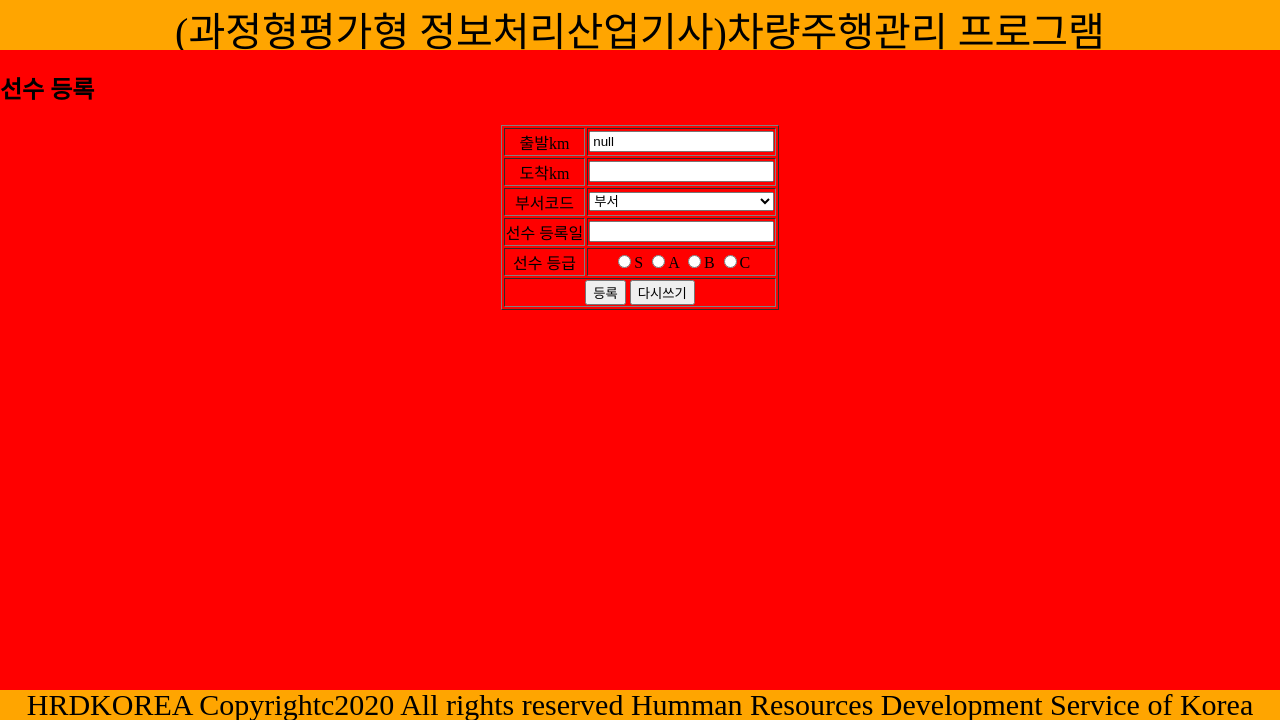
Repository: jeajune0221/information
Page: http://localhost/HRD_2411/join.jsp
An editor plug-in stored every save of this project. The page is shown before and after the next save, followed by the edit.
The browser window is 1280 px wide. The pictures show the whole page.
The page is served by Tomcat 9. Queries for data that is not in the repository find no rows.

Above is the page before, as saved 2026-04-13 08:27:59.

After the next save:
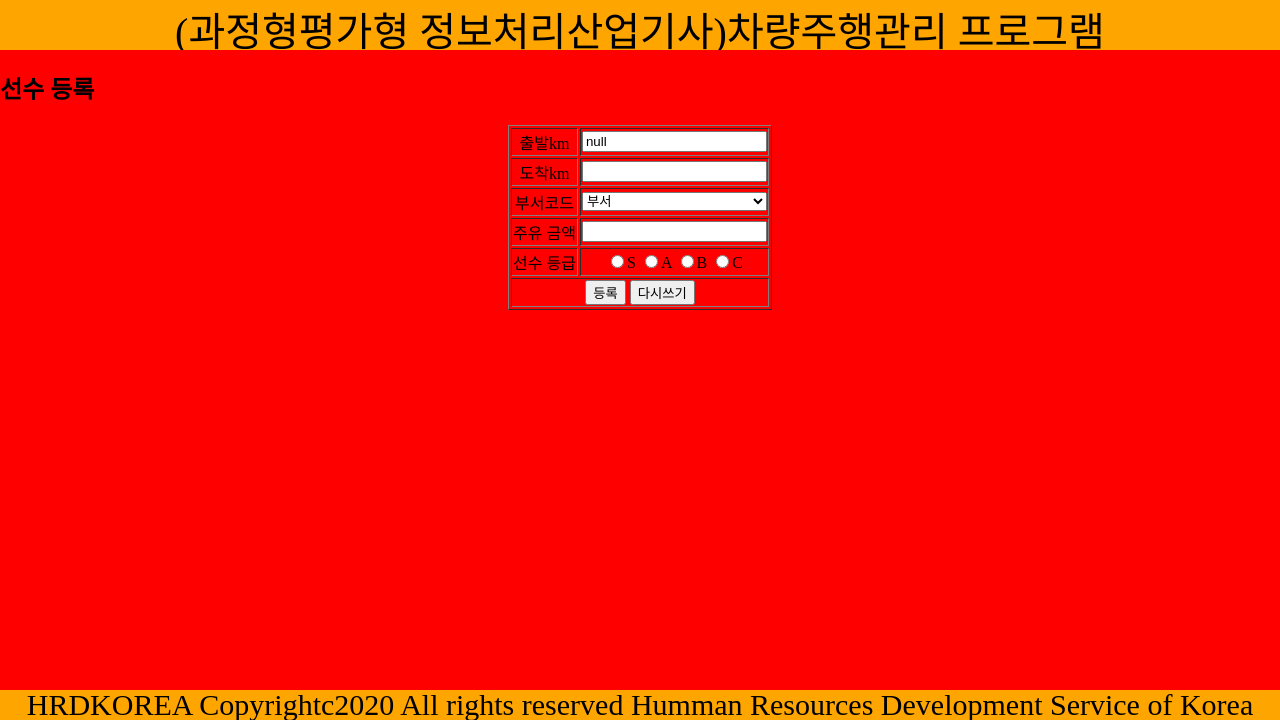
Saved 2 min 19 s later.
--- a/HRD_2411/src/main/webapp/join.jsp
+++ b/HRD_2411/src/main/webapp/join.jsp
@@ -54,7 +54,7 @@
 </td>
 </tr>
 <tr>
-<td>선수 등록일</td>
+<td>주유 금액</td>
 <td><input type="text" name =""></td>
 </tr>
 <tr>
